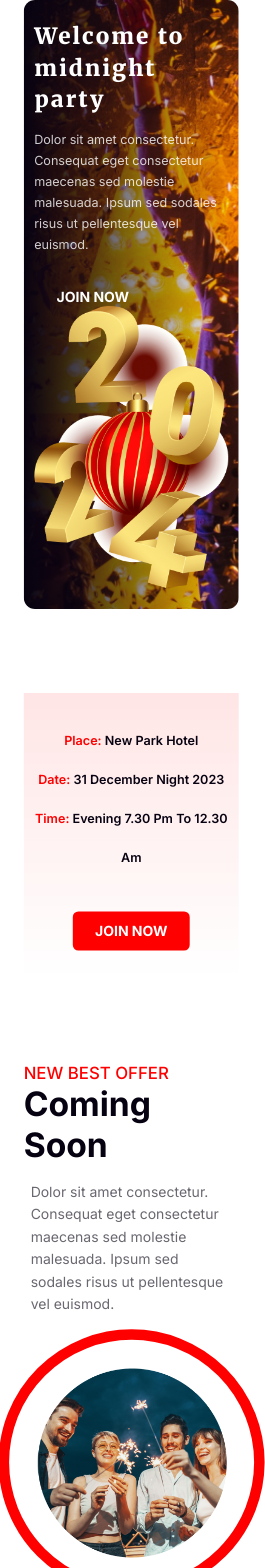
Repository: ShouravAhammed/simple-responsive-new-year
Page: index.html
These files come from the project's save history. The page is drawn as it stood at one moment and after the next save; the edit follows.
The browser window is 375 px wide. The page is 378 px wide, so the pictures cover 378 px, including what lies to the right of the window. The pictures show the part of the page from y = 0 to 2240 px (the page is 8218 px tall before and 8190 px after), at 70% of full size.

Above is the page before, as saved 2024-01-11 16:47:24.

### index.html
<!DOCTYPE html>
<html lang="en">
<head>
    <meta charset="UTF-8">
    <meta name="viewport" content="width=device-width, initial-scale=1.0">
    <!-- Title  -->
    <title>New Year 2024</title>
    <!-- favicon icon linked -->
    <link rel="shortcut icon" href="images/New Year Photo.png" type="image/x-icon">
    <!-- style css linked-->
    <link rel="stylesheet" href="Style/style.css">
</head>
<body>
    <!-- header part  -->
    <header class="hide">
        <!-- banner section part -->
        <section id="banner">
            <div class="container">
                <div class="banner-container">
                    <div class="banner-content">
                        <h3 class="celebration">Happy New Year</h3>
                        <h2 class="banner-title">New Year Party Celebration</h2>
                    </div>
                </div>
            </div>
        </section>
    </header>
    <!-- main part -->
    <main>
        <!-- categories section part  -->
            <section id="categories " class="hide">
                <div class="container">
                    <div class="categories-container">
                        <h2 class="categories-discount">65% OFF</h2>
                        <p class="primary-summery">OUR HOLIDAY DEALS ARE BETTER</p>
                        <h3 class="categories-title">ALL CATEGORIES</h3>
                        <div class="categories-img">
                            <img id="new-year-img" src="images/New Year Photo.png" alt="Happy New Year">
                        </div>
                    </div>
                </div>
            </section>

            <!-- party-banner section part -->
            <section id="party-banner">
                <div class="container">
                    <div class="party-container">
                        <div class="party-content">
                            <h2 class="party-title">Welcome to midnight party</h2>
                            <p class="party-description">Dolor sit amet consectetur. Consequat eget consectetur maecenas sed molestie malesuada. Ipsum sed sodales risus ut pellentesque vel euismod. </p>
                            <button id="join-now-btn">JOIN NOW</button>
                        </div>
                        <img class="party-img" src="images/icon/Group 70.png" alt="party-img">
                    </div>
                </div>
            </section>
            <!-- Announce section part -->
            <section id="announce">
                <div class="container">
                    <div class="announce-content">
                        <h4 class="announce-title"><span class="title-color">Place:</span> New Park Hotel</h4>
                        <h4 class="announce-title"><span class="title-color">Date:</span> 31 December Night 2023</h4>
                        <h4 class="announce-title"><span class="title-color">Time:</span> Evening 7.30 pm to 12.30 am</h4>
                        <button class="announce-btn">Join Now</button>
                    </div>
                </div>
            </section>
            <!-- best offer section part -->
            <section id="best-offer">
                <div class="container">
                    <div class="best-offer-container">
                        <div class="best-offer-content">
                            <p class="primary-summery">NEW BEST OFFER</p>
                            <h3 class="similer-title">Coming Soon</h3>
                            <p class="similer-description">Dolor sit amet consectetur. Consequat eget consectetur maecenas sed molestie malesuada. Ipsum sed sodales risus ut pellentesque vel euismod. </p>
                        </div>
                        <div class="best-offer-img-content">

                                <img class="best-offer-img" src="images/Ellipse 1.png" alt="best-offer-images">

                        </div>
                        <div class="best-offer-year-content">
                            <h3 class="best-offer-year">2024</h3>
                            <p class="best-offer-description">Dolor sit amet consectetur. Consequat eget consectetur maecenas sed.</p>
                            <img class="best-offer-year-img" src="images/icon/Group 96.png" alt="best-offer-year-img">
                        </div>
                    </div>
                </div>
            </section>
            <!-- holiday section part  -->
            <section id="holiday" >
                <div class="container">
                    <div class="holiday-container">
                        <div class="holiday-content">
                            <p class="primary-summery">WHAT IS FUNCTIONAL</p>
                        <h3 class="similer-title"><span class="title-color">Holidays</span> Sale 50%</h3>
                        <p class="similer-description">Dolor sit amet consectetur. Consequat eget consectetur maecenas sed molestie malesuada. Ipsum sed
                            sodales risus ut pellentesque vel euismod. Eleifend nunc purus quam id
                            fermentum amet amet sit consectetur.</p>
                        </div>
                        <div class="holiday-back-img">
                            <div class="holiday-gift-content">
                                <img src="images/icon/Group 75.png" alt="">
                            </div>
                            <div class="holiday-discount-content">
                                <img src="images/icon/Group 44.png" alt="">
                            </div>
                        </div>
                        <div class="holiday-bottom">
                            <img src="images/Rectangle 2.png" alt="">
                        </div>
                    </div>
                </div>
            </section>
            <!-- Portfolio section part -->

            <section id="portfolio">
                <div class="container">
                    <div class="portfolio-container">
                        <div class="portfolio-box">
                            <p class="primary-summery">THE BEST GIFTS</p>
                            <h3 class="similer-title">Our Awesome Portfolio</h3>
                            <p class="similer-description description-padd">Dolor sit amet consectetur. Consequat eget consectetur maecenas sed molestie malesuada. Ipsum sed sodales risus ut pellentesque vel euismod. </p>
                        </div>
                            <div class="portfolio-content">
                                <img class="portfolio-img" src="images/Portfolio images/Rectangle 3.png" alt="">
                                <img class="portfolio-img" src="images/Portfolio images/Rectangle 4.png" alt="">
                                <img class="portfolio-img" src="images/Portfolio images/Rectangle 5.png" alt="">
                            </div>
                            <div class="portfolio-content">
                                <img class="portfolio-img" src="images/Portfolio images/Rectangle 6.png" alt="">
                                <img class="portfolio-img" src="images/Portfolio images/Rectangle 7.png" alt="">
                                <img class="portfolio-img" src="images/Portfolio images/Rectangle 8.png" alt="">
                            </div>
                        </div>
                    </div>
            </section>
            <!-- newsletter section part -->
            <section id="newsletter">
                <div class="container">
                    <div class="news-container">
                        <div class="news-content">
                            <img src="images/icon/Group 61.png" alt="">
                            <h3 class="similer-title">Subscribe Newsletter</h3>
                            <p class="similer-description description-mar">Dolor sit amet consectetur. Consequat eget consectetur maecenas sed molestie malesuada. Ipsum sed sodales risus ut pellentesque vel euismod. </p>
                            <form class="form" action="">
                                <input type="email" placeholder="user@gmail.com" alt="email" id="">
                                <button class="subscribe-btn">Subscribe</button>
                            </form>
                        </div>

                    </div>
                </div>
            </section>
    </main>
    <!--  footer part -->
    <footer>
        <section id="footer">
            <div class="container">
                <div class="footer-describe-part line-color">
                    <div class="footer-address">
                        <p class="address-similer">44, Big Building Roosevelt Street</p>
                        <p class="address-similer">Beach Gardens Florida 33410</p>
                    </div>
                    <div class="footer-address">
                        <div class="call-icon">
                            <img src="images/icon/Call.png" alt="">
                            <a class="address-similer">+00 123 584 124</a>
                        </div>
                        <div class="website-icon">
                            <img src="images/icon/Website.png" alt="">
                            <a class="address-similer">www.website.com</a>
                        </div>
                    </div>
                </div>

                <div class="footer-social line-color">
                    <a href=""><img src="images/icon/Facebook.png" alt=""></a>
                    <a href=""><img src="images/icon/Instagram.png" alt=""></a>
                    <a href=""><img src="images/icon/Twitter.png" alt=""></a>
                    <a href=""><img src="images/icon/Linkedin.png" alt=""></a>
                </div>

                <div class="reserved">
                    <p>2017, All Rights Reserved.</p>
                    <p>Unsubscribe</p>
                </div>
            </div>
        </section>
    </footer>
</body>
</html>

### Style/style.css
/* import google fonts */
@import url('https://fonts.googleapis.com/css2?family=Inter:wght@100;200;300;400;500;600;700;800;900&family=Merriweather:ital,wght@0,300;0,400;0,700;0,900;1,300;1,400;1,700;1,900&display=swap');

*{
    margin: 0;
    padding: 0;
    outline: 0;
}

.container{
    width: 82%;
    margin: 0 auto;
}
/* primary content */
.primary-summery{
    font-family: Inter;
    font-size: 24px;
    font-style: normal;
    font-weight: 500;
    color: #F00;
    line-height: normal;
}
/* title-color */
.title-color{
    color: #F00;
}
/* banner section related css style */
#banner{
    margin-top: 30px;
}
.banner-container{
    background-image: linear-gradient(180deg, #070211 0%, rgba(7, 2, 17, 0.00) 100%), url(../images/Banner\ Image.png);
    background-size: cover;
    background-repeat: no-repeat;
    background-position: center;
    border-radius: 16px;
    padding: 177px 0px;
}
.banner-container .banner-content{
    width: 632px;
    margin: 0 auto;
}
.banner-container .banner-content .celebration{
    color: #FFF;
    text-align: center;
    font-family: Merriweather;
    font-size: 32px;
    font-style: normal;
    font-weight: 400;
    line-height: normal;
    margin-bottom: 16px;
    z-index: 99;
}
.banner-container .banner-content .banner-title{
    color: #FFF;
    text-align: center;
    font-family: Merriweather;
    font-size: 72px;
    font-style: normal;
    font-weight: 900;
    line-height: 95px;
}
/* categories section related css style */

#categories{
    margin: 120px 0px;
}
.categories-container{
    text-align: center;
}
.categories-container .categories-discount{
    font-family: Inter;
    font-size: 88px;
    font-style: normal;
    font-weight: 700;
    color: #F00;
    line-height: normal;
    margin-bottom: 48px;
}

.categories-title{
    font-family: Inter;
    font-size: 48px;
    font-style: normal;
    font-weight: 700;
    color: #070211;
    line-height: normal;
    margin-bottom: 48px;
}
.categories-container .categories-img{
    width: 800px;
    margin: 0 auto;
}
.categories-img #new-year-img{
    max-width: 100%;
}

/* party-banner section css style  */
#party-banner{

}
.party-container{
    background-image: linear-gradient(90deg, #070211 0%, rgba(7, 2, 17, 0.00) 100%), url(../images/Vectorrr.png);
    background-position: center;
    background-repeat: no-repeat;
    background-size: cover;
    display: flex;
    align-items: center;
    justify-content: space-between;
    border-radius: 16px;
    padding: 70px 70px;
}
.party-container .party-content{
    width: 900px;
}
.party-content .party-title{
    font-family: Merriweather;
    font-size: 64px;
    font-style: normal;
    font-weight: 900;
    color: #FFF;
    line-height: 88px;
    letter-spacing: 3px;
}
.party-content .party-description{
    font-family: Inter;
    font-size: 18px;
    font-style: normal;
    font-weight: 400;
    color: rgba(255, 255, 255, 0.80);
    line-height: 30px;
    margin-top: 20px;
}
#join-now-btn{
    font-family: Inter;
    font-size: 20px;
    font-style: normal;
    font-weight: 700;
    color: #FFF;
    background: transparent;
    line-height: normal;
    text-transform: uppercase;
    border: none;
    cursor: pointer;
    margin-top: 48px;
    margin-left: 32px;
}
.party-container .party-img{
    width: 270px;
    max-width: 100%;
}

/* Announce section css style */

#announce{
    margin: 120px 0px;
}
.announce-content{
    background: linear-gradient(180deg, rgba(255, 0, 0, 0.10) 0%, rgba(255, 0, 0, 0.00) 100%);
    padding: 100px 0;
    text-align: center;
}
.announce-content .announce-title{
    color: #070211;
    font-family: Inter;
    font-size: 32px;
    font-style: normal;
    font-weight: 600;
    line-height: 56px;
    text-transform: capitalize;
}
.announce-btn{
    font-family: Inter;
    font-size: 20px;
    font-style: normal;
    font-weight: 700;
    line-height: normal;
    color: #FFF;
    text-align: center;
    text-transform: uppercase;
    border-radius: 8px;
    background: #F00;
    padding: 16px 32px;
    border: none;
    cursor: pointer;
    transition: all ease 0.5s;
    margin-top: 48px;
}
.announce-btn:hover{
    background: #fff;
    color: #f00;
    outline: 1px solid #F00;
}
/* best-offer section style css */
#best-offer{
    margin-bottom: 128px;
}
.similer-title{
    font-family: Inter;
    font-size: 48px;
    font-style: normal;
    font-weight: 700;
    color: #070211;
    line-height: normal;
}
.similer-description{
    font-family: Inter;
    font-size: 20px;
    font-style: normal;
    font-weight: 400;
    color: rgba(7, 2, 17, 0.60);
    line-height: 32px;
    margin-top: 22px;
}
.best-offer-container{
    display: flex;
    align-items: center;
    gap: 20px;
}
.best-offer-content{
    width: 700px;
}
.best-offer-img-content{
    min-height: 350px;
    min-width: 350px;
    border: 15px solid #f00;
    border-radius: 50%;
    position: relative;
    position: relative;
}
.best-offer-img-content .best-offer-img{
    position: absolute;
    width: 270px;
    inset: 41px;
}
.best-offer-year-content .best-offer-year{
    font-family: Inter;
    font-size: 48px;
    font-style: normal;
    font-weight: 700;
    color: #F00;
    line-height: normal;
    margin-top: 65px;
}
.best-offer-year-content .best-offer-description{
    margin-top: 10px !important;

}
.best-offer-year-content{
    width: 500px;
}
.best-offer-year-content .best-offer-year-img{
    max-width: 140px;
    margin-top: 38px;
}


/*  portfolio section css style */
.portfolio-container{

}
.portfolio-container .description-padd{
    margin-bottom: 48px ;
}
.portfolio-container .portfolio-content{
    display: flex;
    align-items: center;
    justify-content: space-between;
    margin-top: 20px;
}
.portfolio-box{
    width: 896px;
}
.portfolio-container .portfolio-content .portfolio-img{
    max-width: 355px;
    transition: all ease 0.5s;
}
.portfolio-content .portfolio-img:hover{
    filter: grayscale(1);
    transform: scale(1.05);
}
/* newsletter section css style  */
#newsletter{
    margin: 128px 0px;
}
.news-container{
    border-radius: 16px;
    background: rgba(255, 0, 0, 0.05);
    padding: 80px 0px;
}
.news-content{
    width: 896px;
    margin: 0 auto;
    text-align: center;
}
.news-content img{
    width: 150px;
    height: 150px;
}
.form{
    width: 648px;
    height: 72px;
    display: flex;
    margin: 0 auto;
}
.form input{
    background: #fff;
    width: 438px;
    flex-grow: 1;
    color: rgba(7, 2, 17, 0.30);
    font-family: Inter;
    font-size: 18px;
    font-style: normal;
    font-weight: 400;
    line-height: normal;
    padding-top: 25px;
    padding-bottom: 25px;
    padding-left: 30px;
    border: none;
    border-radius: 50px 0px 0px 50px;
    outline: 1px transparent;
    transition: all ease 0.5s;
}
.form input:hover{
    outline: 1px solid #f00;
}
.form .subscribe-btn{
    color: #FFF;
    font-family: Inter;
    font-size: 20px;
    font-style: normal;
    font-weight: 600;
    line-height: normal;
    text-transform: capitalize;
    border-radius: 0px 50px 50px 0px;
    background: #F00;
    padding: 24px 56px;
    border: none;
    transition: all ease 0.5s;
}
.form .subscribe-btn:hover{
    outline: 1px solid #f00;
    background: #fff;
    color: #f00;
}
.description-mar{
    margin-bottom: 48px;
}
/* footer section part css style */

#footer{
    background: #070211;
    padding: 120px 0;
}
.line-color{
    border-bottom: 1px solid rgba(255, 255, 255, 0.15);
}
.footer-describe-part{
    display: flex;
    justify-content: space-between;
}
.footer-address{
    margin-bottom: 50px;
}
.footer-address .address-similer {
    color: #FFF;
    font-family: Inter;
    font-size: 24px;
    font-style: normal;
    font-weight: 500;
    line-height: 40px;
    text-decoration: none;
    cursor: pointer;
}
.call-icon, .website-icon{
    display: flex;
    align-items: center;
}
.call-icon img, .website-icon img{
    width: 24px;
    margin-right: 15px;
}

.footer-social{
    text-align: center;
    padding: 48px 0;
}
.footer-social a{
    width: 64px;
    margin-right: 24px;
}
.footer-social a:hover{
    filter: grayscale(1);
}

.reserved{
    display: flex;
    justify-content: space-between;
    align-items: center;
    margin-top: 50px;
}
.reserved p{
    color: #FFF;
    font-family: Inter;
    font-size: 24px;
    font-style: normal;
    font-weight: 500;
    line-height: normal;
}



/* holiday section css style */
#holiday{
    margin-bottom: 128px;
}
.holiday-container{
    text-align: center;
}
.holiday-container .holiday-content{
    width: 920px;
    margin: 0 auto;
}
.holiday-back-img{
    display: flex;
    align-items: center;
    margin-top: 48px;
    background-image: url(../images/Rectangle\ 1.png);
    background-repeat: no-repeat;
    background-size: contain;
    height: 60vh;
    background-position: bottom right;
}
.holiday-back-img .holiday-gift-content {
    width: 600px;
    position: relative;
    bottom: -110px;
    left: 50px;
}
.holiday-back-img .holiday-gift-content img{
    max-width: 100%;
}
.holiday-back-img .holiday-discount-content{
    width: 250px;
}
.holiday-back-img .holiday-discount-content img{
    max-width: 100%;
}
.holiday-bottom img{
    width: 100%;
}


/* responsive */
.hide{
    display: none;
}
@media screen and (max-width: 576px){
    .similer-description {
        padding: 0px 10px;
    }
    .news-content, .portfolio-box, .form, .form input {
        width:  100%;
    }
    .form .subscribe-btn {
        padding: 24px 20px;
    }
    .best-offer-container, .best-offer-container, .portfolio-container .portfolio-content, .footer-describe-part {
        flex-direction: column;
    }
    .footer-social a {
        margin-right: 10px;
    }
    .reserved {
        margin-top: 50px;
        flex-direction: column;
    }
    .portfolio-container .portfolio-content .portfolio-img {
        width: 100%;
    }
    .portfolio-container .portfolio-content {
        gap: 20px;
    }
    .holiday-container .holiday-content {
        width: 100%;
    }
    .holiday-back-img {
        height: 38vh;
    }
    .best-offer-content, .best-offer-year-content {
        width: 100%;
    }
    .announce-content {
        padding: 40px 0;
    }
    .announce-content .announce-title {
        font-size: 18px;
        font-weight: 600;
    }
    .party-container .party-content {
        width: 100%;
    }
    .party-container {
        flex-direction: column;
        padding: 30px 15px;
    }
    .party-content .party-title {
        font-size: 32px;
        line-height: 45px;
    }
    .party-container .party-img {
        width: 100%;
    }
}

After the next save:
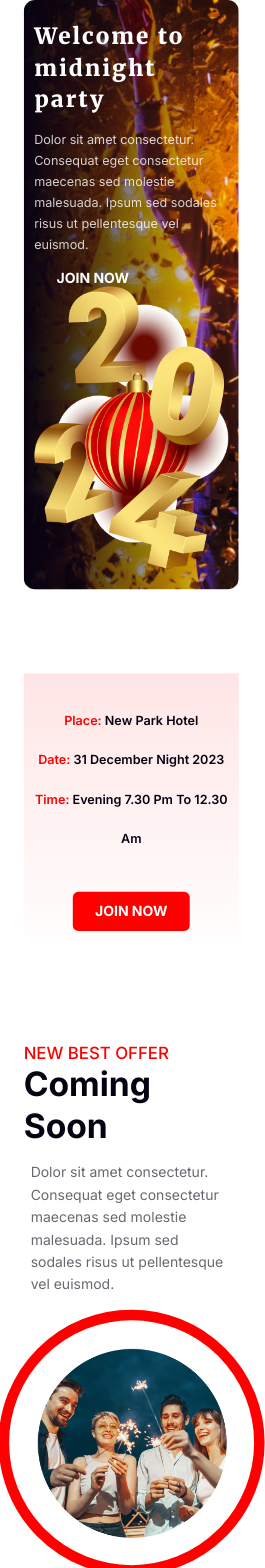
Saved 56 s later.
--- a/Style/style.css
+++ b/Style/style.css
@@ -508,6 +508,9 @@
         font-size: 32px;
         line-height: 45px;
     }
+    #join-now-btn {
+        margin-top: 20px;
+    }
     .party-container .party-img {
         width: 100%;
     }
